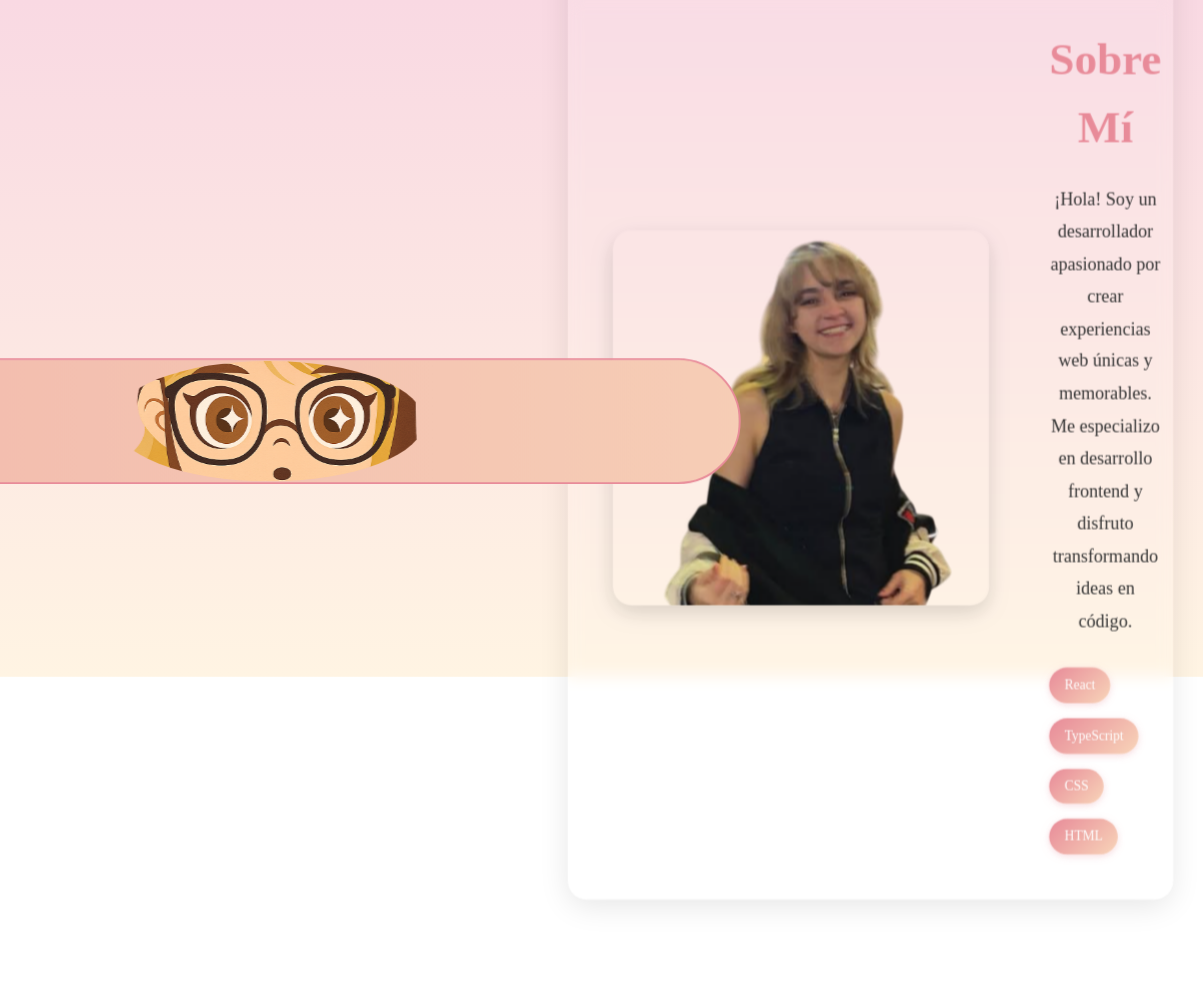
Repository: cflorido/Portafolio
Page: /
An editor plug-in stored every save of this project. The page is shown before and after the next save, followed by the edit.
The browser window is 1280 px wide. The pictures show the whole page, at 94% of full size.
Some web fonts or font styles are not loaded; a fallback is used. The project was rebuilt for these pictures with package versions that can differ from the ones it lists, and the page was loaded fresh each time. Also part of the build but not shown: vite.config.ts.

Above is the page before, as saved 2025-09-03 20:06:54.

### index.html
<!doctype html>
<html lang="en">
  <head>
    <meta charset="UTF-8" />
    <link rel="icon" type="image/svg+xml" href="/vite.svg" />
    <meta name="viewport" content="width=device-width, initial-scale=1.0" />
    <title>Vite + React + TS</title>
    <link rel="preconnect" href="https://fonts.googleapis.com">
    <link rel="preconnect" href="https://fonts.gstatic.com" crossorigin>
    <link href="https://fonts.googleapis.com/css2?family=Cantora+One&display=swap" rel="stylesheet">
  </head>
  <body>
    <div id="root"></div>
    <script type="module" src="/src/main.tsx"></script>
  </body>
</html>

### src/App.tsx
import './App.css';
import { useState, useEffect } from 'react';
import AboutMe from './components/AboutMe';

function App() {
  const [showHeader, setShowHeader] = useState(false);

  useEffect(() => {
    const handleScroll = () => {
      // Mostrar el header cuando el scroll es mayor a 100px
      setShowHeader(window.scrollY > 100);
    };

    window.addEventListener('scroll', handleScroll);

    // Limpieza del evento
    return () => window.removeEventListener('scroll', handleScroll);
  }, []);

  return (
    <div className="portfolio-container">
      <header className={`dynamic-header ${showHeader ? 'visible' : ''}`}>
        {/* Tu contenido actual del header */}
      </header>
        <div className="portfolio-header">

          <h1>PORTFOLIO</h1>
          <div className="subtitle">
          <span className="name">Carol Sofia Florido </span>
          <span className="separator"></span>
          <span className="role">Software Developer</span>
          </div>
        </div>
      <main>
      <div className="avatar-stage">
        <div className="avatar-stars"></div>
        <div className="avatar-pill"></div>
        <img className="avatar" src="public/ilustracion.png" alt="Avatar" />
      </div>

      <AboutMe />
      </main>

      <footer></footer>
    </div>
  );
}

export default App;

### src/App.css
@font-face {
  font-family: 'Toboggan';
  src: url('/Toboggan OTF/Toboggan-MediumItalic.otf') format('opentype');
  font-weight: 300;
  font-style: normal;
}

:root {
    --sync-gradient: linear-gradient(270deg,  #f8d5b9, #e88b99);
}

body {
    margin: 0;
    font-family: 'Playfair Display', serif;
    background: linear-gradient(to bottom, #f9d9e3, #fff4e3);
    color: #d94f70;
    display: flex;
    justify-content: center;
    align-items: center;
    height: 100vh;
    user-select: none;
}

.portfolio-container {
    text-align: center;
}

h1 {
  user-select: none;
  font-family: 'Toboggan', sans-serif;
  font-size: 10rem;
  font-weight: bold;
  margin: 0;

  background: var(--sync-gradient);
  background-size: 400% 400%;
  -webkit-background-clip: text;
  background-clip: text;
  animation: gradientMove 20s ease infinite;

  -webkit-text-stroke: 2px #e88b99;
  color: transparent;
}

header h2 {
    font-family: 'Toboggan';
  font-size: 1.5rem;
  font-weight: 300;
  text-align: left;
  color: #000;
  user-select: none;
  margin: 0;   /* 🔹 Elimina todos los márgenes */
}

header p {
    font-family: 'Playfair Display', serif;
    font-size: 140px;
    font-style: italic;
}

footer {
    margin-top: 30px;
    font-size: 0.9rem;
}

main {
    display: flex;
    justify-content: center;
}

.avatar-stage {
    position: relative;
    display: flex;
    justify-content: center;
    align-items: center;
    width: 90vw;
    max-width: 900px;
    margin-left: auto;
    margin-right: auto;
    border-radius: 20px;    /* Opcional: bordes redondeados */
}
/* 🔹 Estrellitas dentro del avatar-stage */
.avatar-stage::before {
  content: "";
  position: absolute;
  top: 0;
  left: 0;
  width: 100%;
  height: 100%;

  background-image:
    polygon-star(3, 6px, white),
    polygon-star(3, 8px, white),
    polygon-star(3, 5px, rgba(255,255,255,0.8));

  pointer-events: none;
}

.avatar-pill {
    position: absolute;
    z-index: 1;
    width: min(320vw, 1000px);
    height: 130px;

    /* 🔹 Usando la misma variable CSS */
    background: var(--sync-gradient);
    background-size: 400% 400%;
    border-radius: 70px;
    border: 2px solid #e88b99; /* Borde negro de 2px */
    overflow: hidden;
    animation: gradientMove 20s ease infinite;
}

/* Bolitas animadas */
.avatar-pill::before,
.avatar-pill::after {
    content: "";
    position: absolute;
    width: 200%;
    height: 200%;
    top: -50%;
    left: -50%;
    background-image: radial-gradient(circle 6px, rgba(255,255,255,0.8) 70%, transparent 100%),
                      radial-gradient(circle 10px, rgba(255,200,230,0.6) 70%, transparent 100%),
                      radial-gradient(circle 8px, rgba(255,180,210,0.5) 70%, transparent 100%),
                      radial-gradient(circle 12px, rgba(255,220,240,0.4) 70%, transparent 100%);
    background-repeat: repeat;
    animation: floatBalls 60s linear infinite;
}

.avatar-pill::after {
    animation-duration: 90s;
    opacity: 0.7;
}

/* 🔹 Animación sincronizada para ambos elementos */
@keyframes gradientMove {
    0% { background-position: 0% 50%; }
    50% { background-position: 100% 50%; }
    100% { background-position: 0% 50%; }
}

@keyframes floatBalls {
    from { transform: translate(0, 0); }
    to   { transform: translate(200px, 200px); }
}

.avatar {
    position: relative;
    z-index: 2;
    width: 330px;
    border-radius: 80%;
    display: block;
    margin: auto;
}

/* 🔹 Clase auxiliar por si quieres aplicar el gradiente a otros elementos */
.sync-gradient {
    background: var(--sync-gradient);
    background-size: 400% 400%;
    animation: gradientMove 40s ease infinite;
}


.subtitle {
  font-family: 'Toboggan';
  display: flex;
  gap: 10px;
  font-size: 1.2rem;
  color: #e88b99;
  justify-content: flex-start; /* Alinea el contenido a la izquierda */
  width: 100%;                /* Ocupa todo el ancho disponible */
  text-align: left;           /* Alinea el texto a la izquierda */
}

.subtitle .name {
  font-weight: bold;
}

.subtitle .role {
  border: 2px solid #e88b99;
  border-radius: 15px;
  padding: 2px 10px;
  font-size: 0.9rem;
}
/* Contenedor de estrellitas */
.stars {
  position: absolute;
  top: 0;
  left: 0;
  width: 100%;
  height: 100%;
  pointer-events: none; /* Que no interfieran */
  overflow: hidden;
  z-index: 0;
}

/* Cada estrella */
.star {
  position: absolute;
  width: 0;
  height: 0;
  border-left: 6px solid transparent;
  border-right: 6px solid transparent;
  border-bottom: 12px solid white;
  transform: rotate(0deg);
  opacity: 0.9;
  animation: twinkle 4s infinite ease-in-out;
}

/* Animación de brillo */
@keyframes twinkle {
  0%, 100% { opacity: 0.9; transform: scale(1) rotate(0deg); }
  50% { opacity: 0.3; transform: scale(1.3) rotate(10deg); }
}
.separator {
  display: inline-block;
  width: 2px;
  height: 28px;  /* Más largo verticalmente */
  background-color: #e88b99;
  margin: 0 10px;
}

.dynamic-header {
  position: fixed;
  top: 0;
  left: 0;
  width: 100%;
  background: rgba(255, 255, 255, 0.9);
  backdrop-filter: blur(8px);
  transform: translateY(-100%);
  transition: transform 0.3s ease;
  z-index: 1000;
  padding: 1rem 0;
}

.dynamic-header.visible {
  transform: translateY(0);
}

### src/components/AboutMe.tsx
import React from 'react';
import './AboutMe.css';

const AboutMe = () => {
  return (
    <section className="about-section">
      <div className="about-content">
        <div className="about-image">
          <img src="/yo.png" alt="Foto personal" />
        </div>
        <div className="about-text">
          <h2>Sobre Mí</h2>
          <p>¡Hola! Soy un desarrollador apasionado por crear experiencias web únicas y memorables. Me especializo en desarrollo frontend y disfruto transformando ideas en código.</p>
          <div className="skills">
            <span className="skill-tag">React</span>
            <span className="skill-tag">TypeScript</span>
            <span className="skill-tag">CSS</span>
            <span className="skill-tag">HTML</span>
          </div>
        </div>
      </div>
    </section>
  );
};

export default AboutMe;

### src/components/AboutMe.css
.about-section {
  min-height: 100vh;
  display: flex;
  align-items: center;
  justify-content: center;
  padding: 4rem 2rem;
}

.about-content {
  display: flex;
  max-width: 1200px;
  gap: 4rem;
  align-items: center;
  background: rgba(255, 255, 255, 0.1);
  padding: 3rem;
  border-radius: 20px;
  box-shadow: 0 8px 32px rgba(0, 0, 0, 0.1);
  backdrop-filter: blur(8px);
}

.about-image {
  flex: 0 0 400px;
}

.about-image img {
  width: 100%;
  height: auto;
  border-radius: 20px;
  box-shadow: 0 8px 24px rgba(0, 0, 0, 0.15);
  transition: transform 0.3s ease;
}

.about-image img:hover {
  transform: scale(1.02);
}

.about-text {
  flex: 1;
}

.about-text h2 {
  font-size: 3rem;
  margin-bottom: 1.5rem;
  color: #e88b99;
  font-family: 'Cinzel Decorative', serif;
}

.about-text p {
  font-size: 1.2rem;
  line-height: 1.8;
  margin-bottom: 2rem;
  color: #333;
}

.skills {
  display: flex;
  flex-wrap: wrap;
  gap: 1rem;
}

.skill-tag {
  background: linear-gradient(135deg, #e88b99, #f8d5b9);
  color: white;
  padding: 0.5rem 1rem;
  border-radius: 20px;
  font-size: 0.9rem;
  font-weight: 500;
  box-shadow: 0 2px 8px rgba(232, 139, 153, 0.3);
}

@media (max-width: 768px) {
  .about-content {
    flex-direction: column;
    text-align: center;
  }

  .about-image {
    flex: 0 0 auto;
    width: 100%;
    max-width: 300px;
  }
}

Loaded but not shown: src/main.tsx (common file); src/index.css (common file)

After the next save:
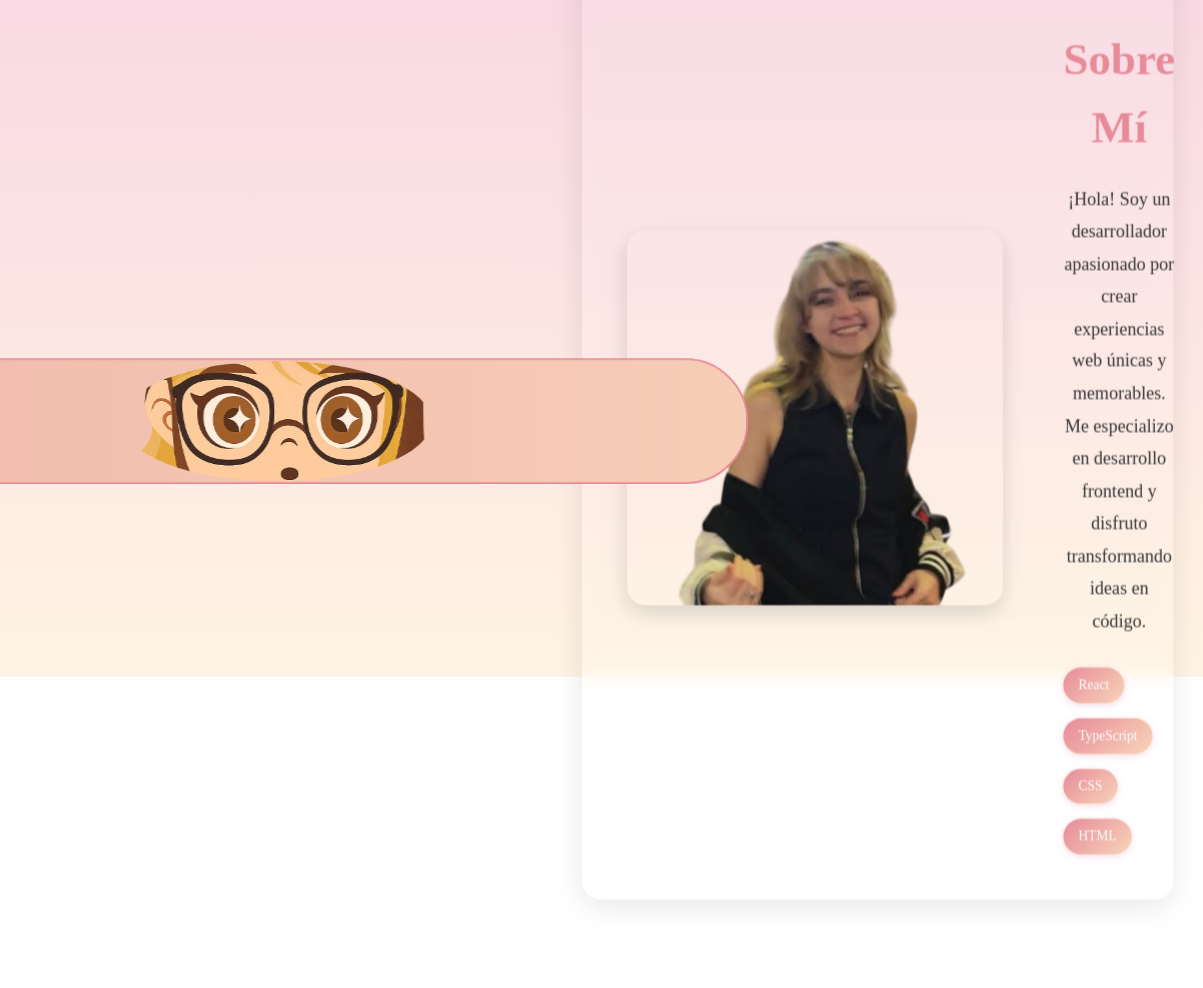
Saved 24 s later.
--- a/src/App.tsx
+++ b/src/App.tsx
@@ -37,8 +37,9 @@
         <div className="avatar-pill"></div>
         <img className="avatar" src="public/ilustracion.png" alt="Avatar" />
       </div>
-
-      <AboutMe />
+      <div className="about-me-section">
+        <AboutMe />
+      </div>
       </main>
 
       <footer></footer>
